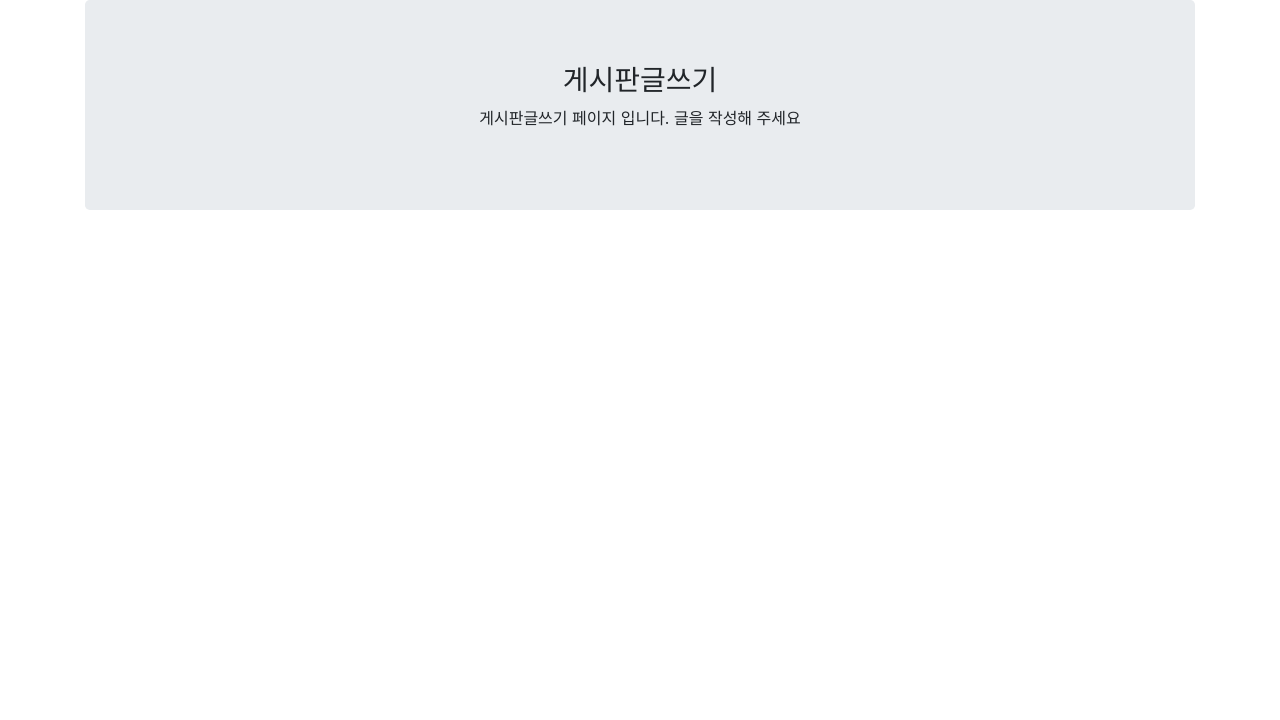
Repository: NoChanJong/JSP
Page: http://localhost/jsp09_board/board/board_write.jsp
The author's editor kept a copy of each file at every save. The page is drawn from the files as they stood at one save, then again after the next save.
The browser window is 1280 px wide. The pictures show the whole page.
The page is served by Tomcat 9. Other server files are loaded and not shown.

Above is the page before, as saved 2023-05-23 06:32:32.
Console error (its wording comes from the project's code and is left out).

### jsp09_board/WebContent/board/board_write.jsp
<%@page language="java" contentType="text/html; charset=UTF-8" pageEncoding="UTF-8"%>
<!DOCTYPE html>
<html>
<head>
	 <meta charset="UTF-8">
	 <meta name="viewport" content="width=device-width, initial-scale=1, minimum-scale=1, maximum-scale=1">
     <link href="https://cdn.jsdelivr.net/npm/bootstrap@4.5.2/dist/css/bootstrap.min.css" rel="stylesheet">
     <link rel="stylesheet" href="https://use.fontawesome.com/releases/v5.7.0/css/all.css"
      integrity="sha384-lZN37f5QGtY3VHgisS14W3ExzMWZxybE1SJSEsQp9S+oqd12jhcu+A56Ebc1zFSJ"
      crossorigin="anonymous">
     <script src="https://cdn.jsdelivr.net/npm/bootstrap@4.5.2/dist/js/bootstrap.bundle.min.js"></script>
<title>글등록</title>
<style>
   .login-btn {
      clear: black;
      background-color: #FFC312;
      width: 100px;
   }
   .login-btn:hover {
      clear: white;
      background-color: black;
   }
   .input-group-prepend span {
      color: black;
      border-left-color: #FFC312;
      width: 40px;
      border: 0 !important;
   }
</style>
</head>
<body>
	<div class="container" align="center">
		<div class="jumbotron">
			<h3>게시판글쓰기</h3>
			<p>게시판글쓰기 페이지 입니다. 글을 작성해 주세요</p>
		</div>

		<form action=""></form>
	</div>
</body>
</html>

After the next save:
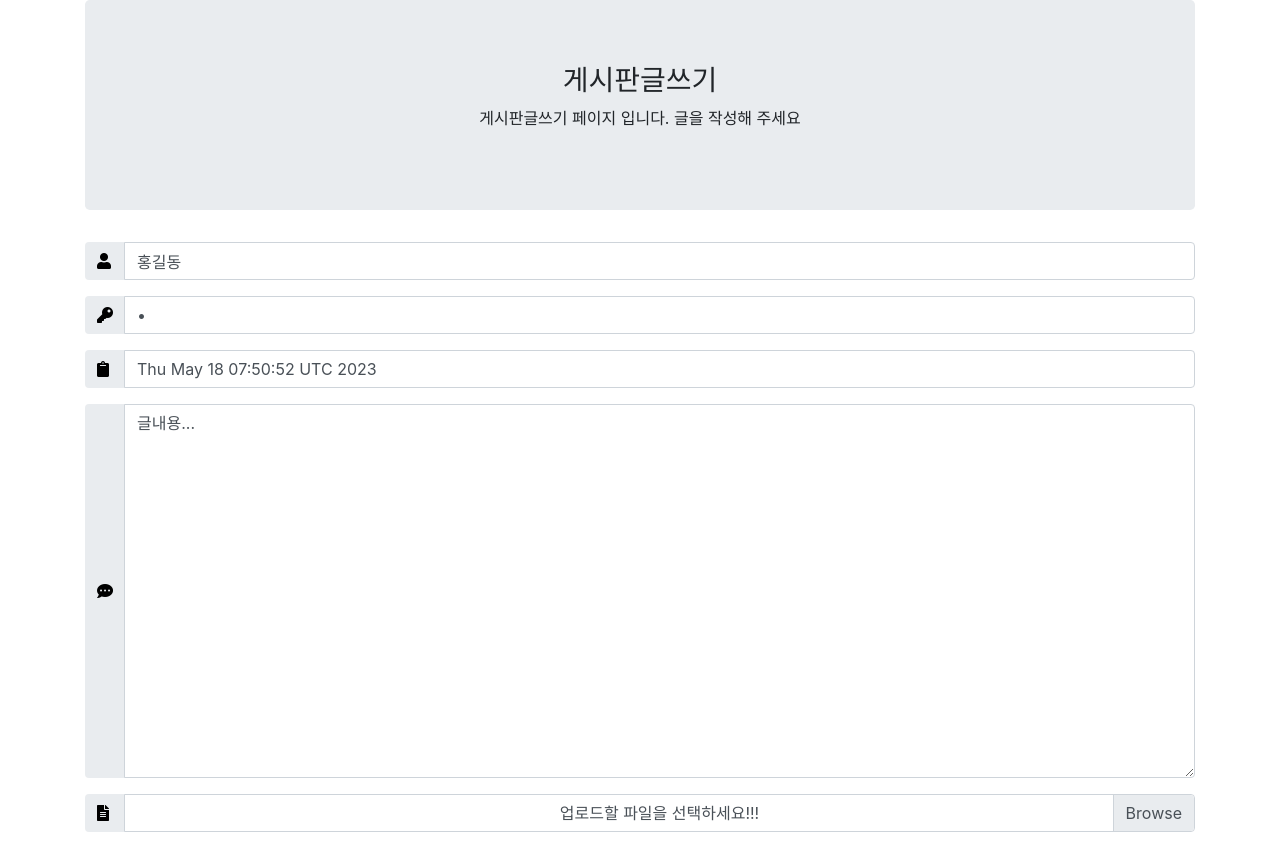
Saved 41 s later.
--- a/jsp09_board/WebContent/board/board_write.jsp
+++ b/jsp09_board/WebContent/board/board_write.jsp
@@ -10,23 +10,23 @@
       crossorigin="anonymous">
      <script src="https://cdn.jsdelivr.net/npm/bootstrap@4.5.2/dist/js/bootstrap.bundle.min.js"></script>
 <title>글등록</title>
-<style>
-   .login-btn {
-      clear: black;
-      background-color: #FFC312;
-      width: 100px;
-   }
-   .login-btn:hover {
-      clear: white;
-      background-color: black;
-   }
-   .input-group-prepend span {
-      color: black;
-      border-left-color: #FFC312;
-      width: 40px;
-      border: 0 !important;
-   }
-</style>
+	<style>
+	   .login-btn {
+	      clear: black;
+	      background-color: #FFC312;
+	      width: 100px;
+	   }
+	   .login-btn:hover {
+	      clear: white;
+	      background-color: black;
+	   }
+	   .input-group-prepend span {
+	      color: black;
+	      border-left-color: #FFC312;
+	      width: 40px;
+	      border: 0 !important;
+	   }
+	</style>
 </head>
 <body>
 	<div class="container" align="center">
@@ -35,7 +35,34 @@
 			<p>게시판글쓰기 페이지 입니다. 글을 작성해 주세요</p>
 		</div>
 
-		<form action=""></form>
+		<form action="">
+         <div class="form-group input-group">
+            <div class="input-group-prepend"><span class="input-group-text"><i class="fas fa-user"></i></span></div>
+            <input type="text" class="form-control" name="board_name" id="board_name" value="홍길동" required placeholder="board writer...">
+         </div>
+         <div class="form-group input-group">
+            <div class="input-group-prepend"><span class="input-group-text"><i class="fas fa-key"></i></span></div>
+            <input type="password" class="form-control" name="board_pass" id="board_pass" value="1" required placeholder="password ...">
+         </div>
+         <div class="form-group input-group">
+            <div class="input-group-prepend"><span class="input-group-text"><i class="fas fa-clipboard"></i></span></div>
+            <input type="text" class="form-control" name="board_subject" id="board_subject" value="<%= new java.util.Date() %>" required placeholder="subject ...">
+         </div>
+         <div class="form-group input-group">
+            <div class="input-group-prepend"><span class="input-group-text"><i class="fas fa-comment-dots"></i></span></div>
+            <textarea name="board_content" id="board_content" cols="40" rows="15" class="form-control" required placeholder="content ...">글내용...</textarea>
+         </div>
+
+         <div class="form-group input-group">
+            <div class="form-group input-group">
+               <div class="input-group-prepend"><span class="input-group-text"><i class="fas fa-file-alt"></i></span></div>
+               <div class="custom-file">
+                  <input type="file" class="custom-file-input" name="board_file" id="board_file"/>
+                  <label for="board_file" class="custom-file-label" style="text-algin:left">업로드할 파일을 선택하세요!!!</label>
+               </div>
+            </div>
+         </div>
+		</form>
 	</div>
 </body>
 </html>
